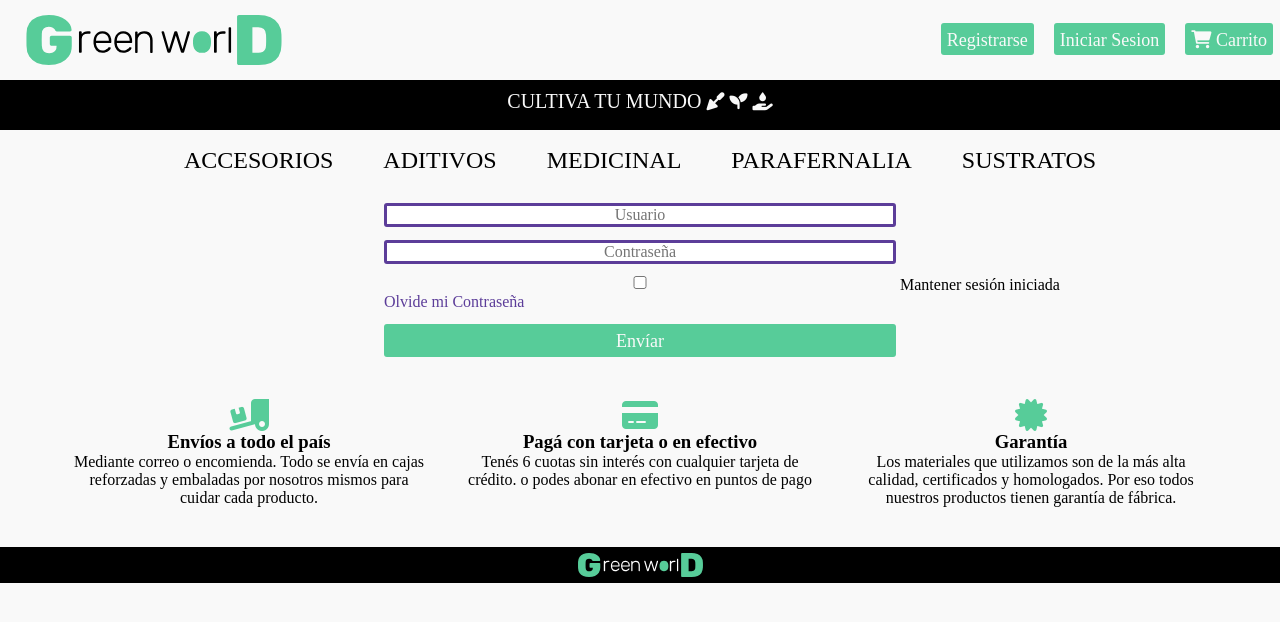
Repository: francoG98/grupo_9_Green_World
Page: source/views/login.html
The author's editor kept a copy of each file at every save. The page is drawn from the files as they stood at one save, then again after a run of saves.
The browser window is 1280 px wide. The pictures show the whole page.
Some web fonts or font styles are not loaded; a fallback is used. Some web libraries are served in a nearby version.

Above is the page before, as saved 2022-06-24 23:17:03.

### source/views/login.html
<!DOCTYPE html>
<html lang="en">
<head>
    <meta charset="UTF-8">
    <meta http-equiv="X-UA-Compatible" content="IE=edge">
    <meta name="viewport" content="width=device-width, initial-scale=1.0">
    <title>Green World</title>

    <link rel="preconnect" href="https://fonts.googleapis.com">
<link rel="preconnect" href="https://fonts.gstatic.com" crossorigin>
<link href="https://fonts.googleapis.com/css2?family=Abel&family=Anek+Gujarati:wght@100;200;300;400;500;600;700;800&display=swap" rel="stylesheet">
<link rel="stylesheet" href="https://cdnjs.cloudflare.com/ajax/libs/font-awesome/6.1.1/css/all.min.css" integrity="sha512-KfkfwYDsLkIlwQp6LFnl8zNdLGxu9YAA1QvwINks4PhcElQSvqcyVLLD9aMhXd13uQjoXtEKNosOWaZqXgel0g==" crossorigin="anonymous" referrerpolicy="no-referrer" />
<link rel="stylesheet" href="/css/main-login.css">
<link rel="stylesheet" href="/css/header.css">
<link rel="stylesheet" href="/css/footer.css">

</head>
<body>
    <header>
        <div class="header-top-bar">
            <figure>
                <a href="/"><img src="/assets/logo-edu.svg" alt="Logo Green World" class="header-logo"></a>
            </figure>
            <div class="chart-burger">
                <a href="/chart" >
                    <i class="fa-solid fa-basket-shopping"></i>
                </a>
                <a href="" >
                    <i class="fas fa-bars"></i>
                </a>
            </div>
            <nav class="header-top-nav-bar">
                <ul>
                    <li><a href="/register">Registrarse</a> </li>
                    <li><a href="/login">Iniciar Sesion</a></li>
                    <li><a href="/chart"><i class="fa-solid fa-cart-shopping"></i>  Carrito</a></li>
                </ul>
            </nav>
        </div>
        <h2>CULTIVA TU MUNDO   <i id="pala" class="fa-solid fa-trowel"></i>    <i id="planta" class="fa-solid fa-seedling"></i>    <i id="agua" class="fa-solid fa-hand-holding-droplet"></i></h2>



        <nav class="header-bottom-nav-bar">
            <ul>
                <li ><a href="/accesorios">ACCESORIOS</a></li>
                <li ><a href="/aditivos">ADITIVOS</a></li>
                <li ><a href="/medicinal">MEDICINAL</a></li>
                <li ><a href="/parafernalia">PARAFERNALIA</a></li>
                <li ><a href="/sustratos">SUSTRATOS</a></li>
            </ul>
        </nav>
    </header>
    <main>
           <form method="post" action="">
            <p>
                <input type="text" name="usuario" placeholder="Usuario" required>
            </p>
            <p>
                <input type='password' name='password' placeholder='Contraseña' required>
            </p>
            <p>
                <input class ='checkbox' type='checkbox' name='mantener-sesion'> Mantener sesión iniciada </input>
            </p>
            <p><a href="" class="recuperar-contraseña"> Olvide mi Contraseña </a></p>
            <a href="./home.html"><button type="submit" name="registrar"> Envíar </button></a>
           </form>
    </main>
    <footer>
        <div class="footer-top-bar">
            <section>
                <i class="fa-solid fa-truck-ramp-box"></i>
                <h3>Envíos a todo el país</h3>
                <p>Mediante correo o encomienda. Todo se envía en cajas reforzadas y embaladas por nosotros mismos para cuidar cada producto.</p>
            </section>
            <section>
                <i class="fa-solid fa-credit-card"></i>
                <h3>Pagá con tarjeta o en efectivo</h3>
                <p>Tenés 6 cuotas sin interés con cualquier tarjeta de crédito. o podes abonar en efectivo en
                    puntos de pago</p>
            </section>
            <section>
                <i class="fa-solid fa-certificate"></i>
                <h3>Garantía</h3>
                <p>Los materiales que utilizamos son de la más alta calidad, certificados y homologados. Por eso todos nuestros productos tienen garantía de fábrica.</p>
            </section>
        </div>
        <div class="footer-bottom-bar">
            <a href="/"><img src="/assets/logo-blanco-57cc99.svg" alt="Logo Green World" class="header-logo"></a>


        </div>
    </footer>

</body>
</html>

### public/css/main-login.css
*{
    margin: 0px;
    padding: 0px;
    box-sizing: border-box;
    font-family: "Anek Gujarati";
    }
a button{
    text-decoration: none;
    font-size: 18px;
    color:#f9f9f9;
    background-color:#57CC99;
    Width: 40%;
    padding:7px 6px 5px 6px;
    border: none;
    transition: opacity 200ms;
    justify-content: center;
    text-align: center;
    margin-left: 30%;
    margin-top: 1%;
    margin-bottom: 1%;
    border-radius: 3px;
}
a button:hover{

    opacity: 0.7

}
input{
    margin-left: 30%;
    margin-top: 1%;
    border: 3px solid #5c3d99;
    width: 40%;
    text-align: center;
    font-size: 16px;
    border-radius: 3px;
}
.recuperar-contraseña{
    text-decoration: none;
    font-size: 16px;
    color: #5c3d99;
    margin-top: 1%;
    margin-left: 30%;
    transition: all 500ms;
}
.recuperar-contraseña:hover{
    background-color: #5c3d99;
    color: #57CC99;
    border-radius: 3px;
}
checkbox{
    color: #5c3d99;
    width: 0.5%;
    height: 0.5%;

}

### public/css/header.css
*{
    margin: 0px;
    padding: 0px;
    box-sizing: border-box;
    font-family: "Anek Gujarati";
    }
header{
    height:72px
}
.header-top-bar{
    display: flex;
    flex-wrap: wrap;
    /*
    background-color: #af95e2;*/
    background-color: #f9f9f9;
    align-items: center;
    justify-content: space-between;
    height: 40px;
    width:100vw;

}
.header-top-bar figure{
    width: 220px;
    height: 32px;;
    margin: 4px;

}
.header-logo{
    width: 100%;
    height:32px;


}
header h2{
    width: 100%;
    text-align: center;
    font-weight: normal;;
    background-color:black;
    color: #f9f9f9;;
    font-size: 18px;
    height:32px;;
    padding-top:6px


}

nav.header-top-nav-bar{
    width: 100%;
    order:3;
}

div.chart-burger{
    display: flex;
    justify-content: flex-end;
    align-items: center;
    gap: 5px;
    margin: 4px 10px;

}
div.chart-burger a{
    text-align:center;
    color:#f9f9f9;;
    /*
    background-color: #3e0b5e;*/
    background-color: #57CC99;
    box-sizing: border-box;
    height:32px;
    font-size: 18px;
    width: 32px;
    padding-top:4.4px;
    border-radius: 3px

}


nav.header-top-nav-bar ul{
    list-style: none;
    margin: 0 ;
    padding: 0;
    display: none;
    justify-content: space-between;
    flex-wrap: wrap;
}
nav.header-top-nav-bar ul li{
    width: 50%
}


.header-bottom-nav-bar ul{
    list-style: none;
    margin: 0 ;
    padding: 0;
    display: none

}

@media(min-width:768px){
    .header-top-nav-bar{
        display: none;
        order: 2;
        width: 100vw
    }

}
@media(min-width:1024px){
    body{background-color: #f9f9f9;

    }
    header{
        background-color: #f9f9f9;
        height: auto

    }
    .header-top-bar{
        display: flex;
        flex-wrap: wrap;
        background-color: #f9f9f9;
        align-items: center;
        justify-content: space-between;
        height: 80px;
        width:100vw;
        max-width: 1400px;
        margin:auto
    }
    .header-top-bar figure{
        width: 300px;
        height: 50px

    }
    .header-logo{
        height:100%;
    }

    nav.header-top-nav-bar{
        height:40px;
        align-items: center;
        display:flex;
        justify-content: flex-end;
        width:auto
    }

    div.chart-burger{
        display: none;
        order:5;
        width: 100%
    }
    nav.header-top-nav-bar ul{
        list-style: none;
        padding: 0;
        display: flex;
        justify-content: flex-end;
        align-items: center;
        flex-wrap: wrap;
        gap: 20px;
        text-decoration: none;
        margin:7px;
        order:3
    }
    nav.header-top-nav-bar ul li {
        width: auto;
    }
    nav.header-top-nav-bar ul li a{
        text-decoration: none;
        font-size: 18px;
        color:#f9f9f9;
        background-color:#57CC99;
        padding:7px 6px 5px 6px;
        border-radius:3px;
        transition: opacity 200ms
    }

    nav.header-top-nav-bar ul li a:hover{
        opacity: 0.7
    }
    header h2{
        width: 100%;
        height: 50px;
        padding-top: 10px;
        font-weight: normal;
        background-color:black;
        color: #f9f9f9;
        font-size: 20px;

    }
    #pala{
        transition: color 500ms, font-size 500ms
    }
    #pala:hover{
        color:#f65a5a;
        font-size: 40px
    }
    #planta{
        transition: color 500ms, font-size 500ms
    }
    #planta:hover{
        color:#80ed99;
        font-size: 40px
    }
    #agua{
        transition: color 500ms, font-size 500ms
    }
    #agua:hover{
        color:#90c0e0;
        font-size: 40px
    }


    .header-bottom-nav-bar ul{

        display: flex;
        justify-content: center;
        align-items: center;
        gap: 50px;
        height: 60px
    }
    .header-bottom-nav-bar ul a{
        text-decoration: none;
        font-size: 24px;
        color: black;

        transition: font-size 200ms
    }
    .header-bottom-nav-bar ul a:hover{
        font-size:30px;
        font-weight: 500;
        color: #57CC99
    }
}

### public/css/footer.css
footer{
    background-color:#f9f9f9

}
.footer-top-bar{
    display:flex;
    flex-wrap:wrap
}
.footer-top-bar section{
    width:100%;
    text-align: center;
    padding:10px
}

.footer-top-bar section i{
    color:#57CC99;
    font-size: 2em;
    line-height:10px;
    margin: auto;
    }
.footer-top-bar section h3{
font-weight:700
}
.footer-top-bar section p{
    font-family:"Abel"
}
.footer-bottom-bar{
    background-color:black;

}
.footer-bottom-bar a{
    display: flex;
    justify-content: center;
    align-content: center;
    padding:6px
}
.footer-bottom-bar a img{
    max-width:125px
}

@media(min-width:768px){
    .footer-top-bar{
        display:flex;
        justify-content: center;
        gap: 10px;
        padding: 30px 5px
    }
    .footer-top-bar section{
        width: 30%
    }


}

After the next 2 saves:
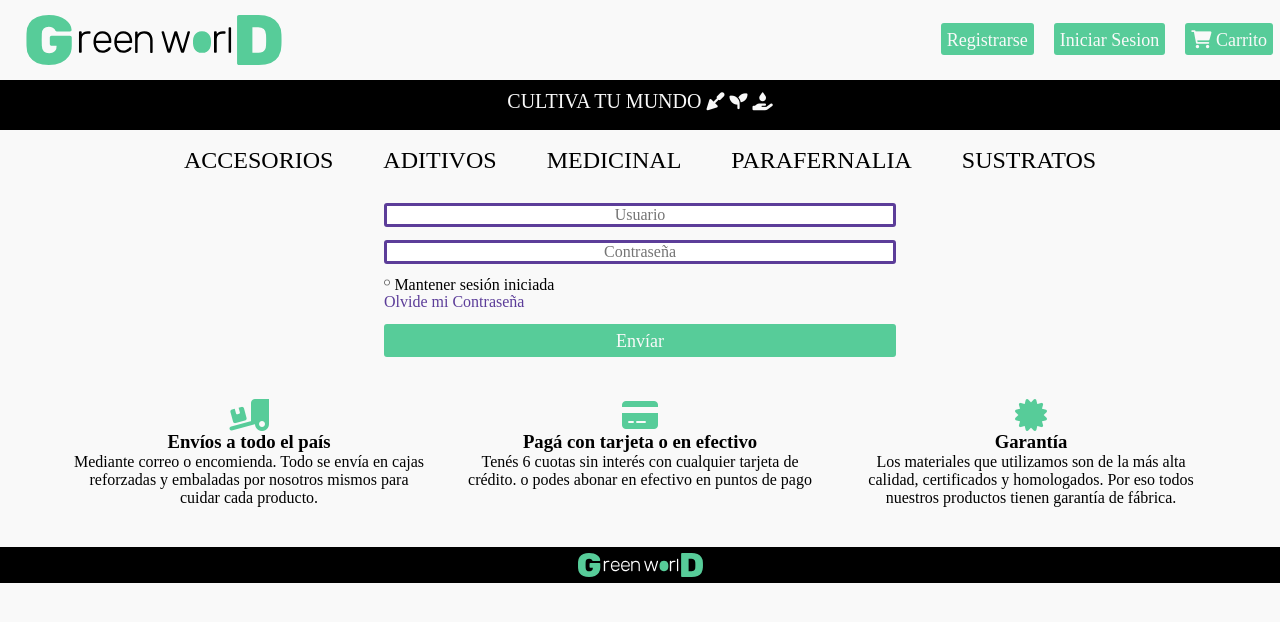
The 2 saves are shown as one change because they came seconds apart.
The last was saved 7 s later.
--- a/public/css/main-login.css
+++ b/public/css/main-login.css
@@ -47,7 +47,7 @@ input{
     color: #57CC99;
     border-radius: 3px;
 }
-checkbox{
+.checkbox{
     color: #5c3d99;
     width: 0.5%;
     height: 0.5%;

After the 2 saves that followed:
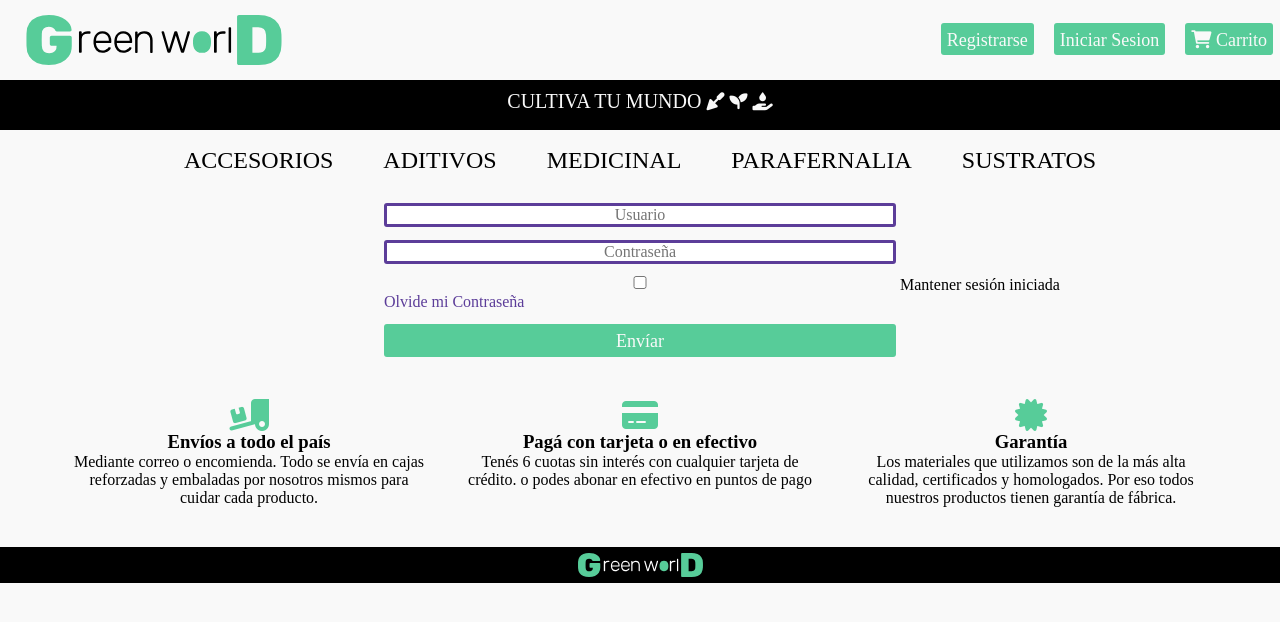
The 2 saves are shown as one change because 1 left the picture as it was.
The last was saved 106 s later.
--- a/source/views/login.html
+++ b/source/views/login.html
@@ -60,7 +60,7 @@
                 <input type='password' name='password' placeholder='Contraseña' required>
             </p>
             <p>
-                <input class ='checkbox' type='checkbox' name='mantener-sesion'> Mantener sesión iniciada </input>
+                <input type='checkbox' name='mantener-sesion'> Mantener sesión iniciada </input>
             </p>
             <p><a href="" class="recuperar-contraseña"> Olvide mi Contraseña </a></p>
             <a href="./home.html"><button type="submit" name="registrar"> Envíar </button></a>
--- a/public/css/main-login.css
+++ b/public/css/main-login.css
@@ -51,5 +51,6 @@ checkbox{
     color: #5c3d99;
     width: 0.5%;
     height: 0.5%;
+    align-items: center;
 
 }
